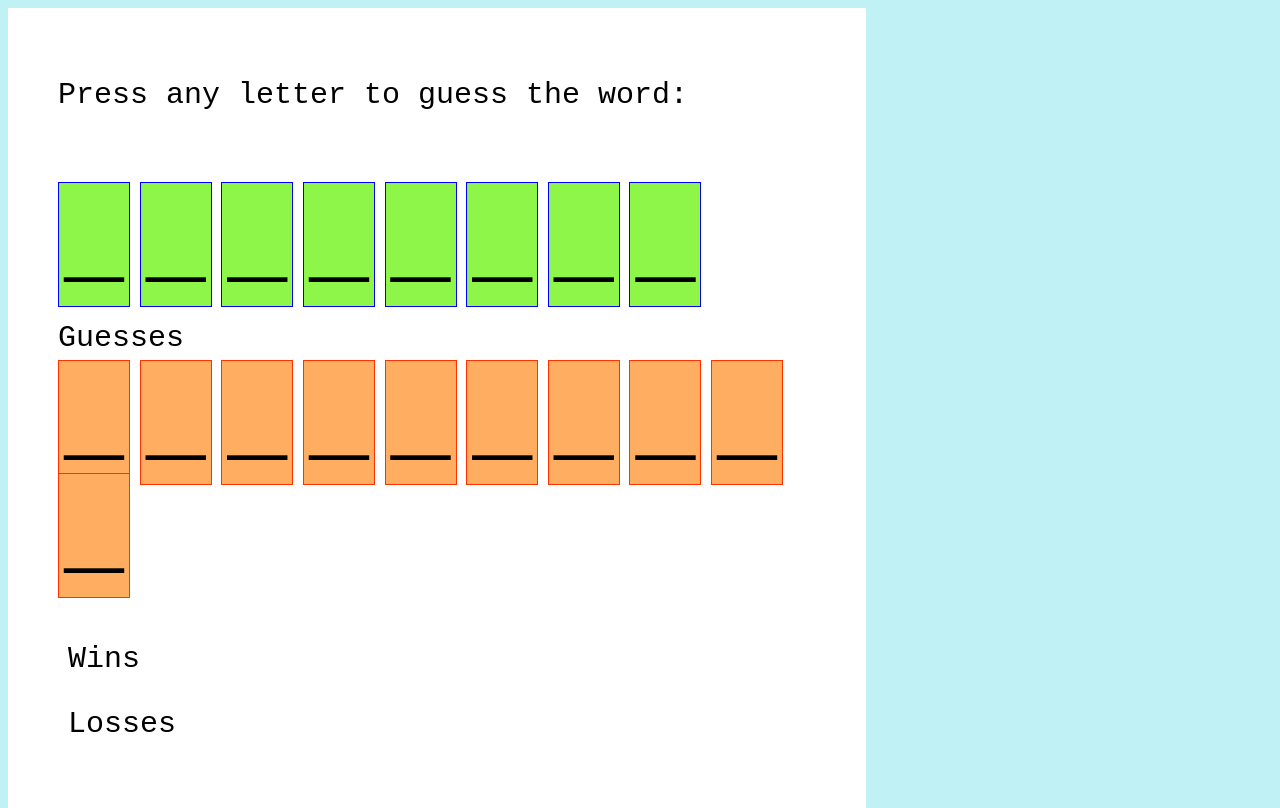
Repository: dsaftler/JavaScript
Page: index.html
These files come from the project's save history. The page is drawn as it stood at one moment and after the next save; the edit follows.
The browser window is 1280 px wide. The pictures show the whole page.

Above is the page before, as saved 2019-05-11 18:57:39.

After the next save:
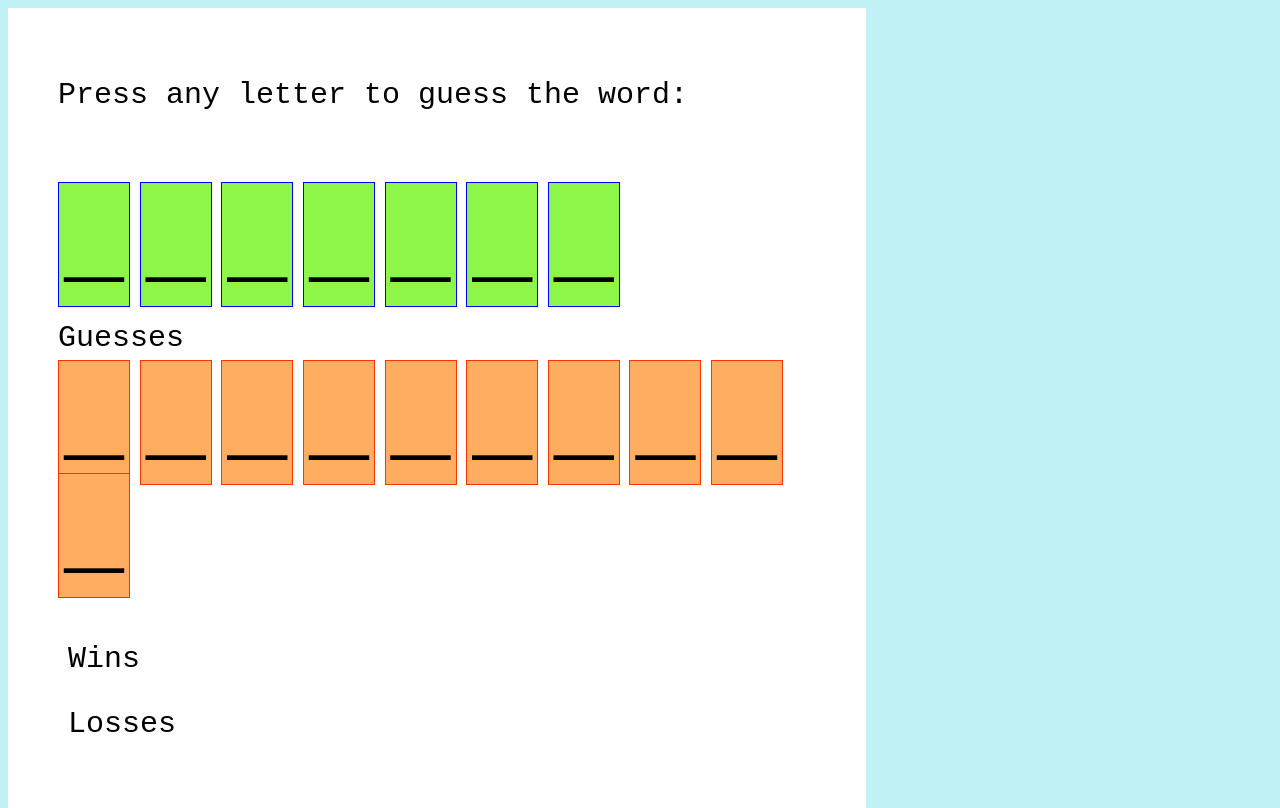
Saved 7 min 58 s later.
--- a/assets/javascript/game.js
+++ b/assets/javascript/game.js
@@ -168,7 +168,7 @@ function initGame() {
   curWord = wordArr[curPtr].word; //unicorn
   console.log("curWord: " + curWord)
   for (let i = 0; i <=9; i++) {
-    if (i <= curWord.length) {
+    if (i < curWord.length) {
       myLetter = curWord.charAt([i]);
     //console.log(myLetter);
       curWordArr.push(myLetter);
